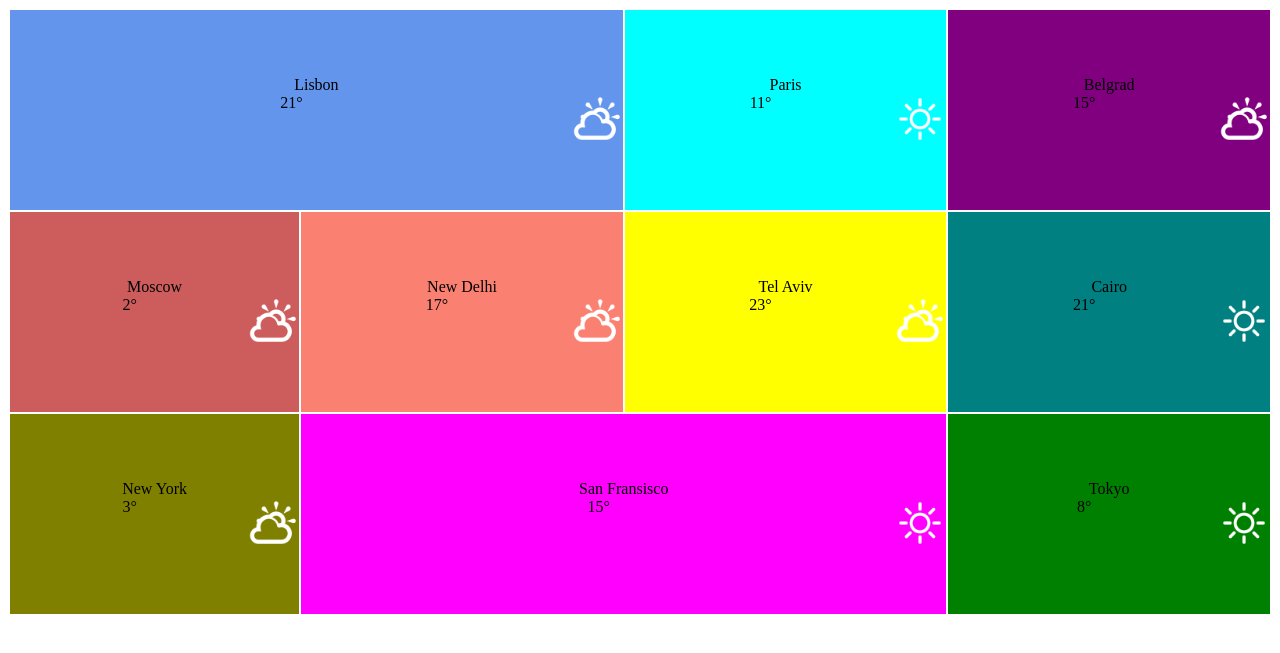
Repository: aysedo/html
Page: Week_2/index.html
These files come from the project's save history. The page is drawn as it stood at one moment and after the next save; the edit follows.
The browser window is 1280 px wide. The pictures show the whole page.

Above is the page before, as saved 2021-08-24 16:31:40.

### Week_2/index.html
<!DOCTYPE html>
<html lang="en">
  <head>
    <meta charset="UTF-8" />
    <meta http-equiv="X-UA-Compatible" content="IE=edge" />
    <meta name="viewport" content="width=device-width, initial-scale=1.0" />
    <title>Document</title>
  </head>
  <body>
    <table width="100%">
      <tr height="200">
        <td colspan="2" bgcolor="cornflowerblue" align="center">
          Lisbon
          <br />
          21°
          <img src="img.png" width="50" align="right" />
        </td>
        <td bgcolor="Aqua" align="center">
          Paris
          <br />
          11°
          <img src="sun.png" width="50" align="right" />
        </td>
        <td bgcolor="Purple" align="center">
          Belgrad
          <br />
          15°
          <img src="img.png" width="50" align="right" />
        </td>
      </tr>
      <tr height="200">
        <td bgcolor="Indianred" align="center">
          Moscow
          <br />
          2°
          <img src="img.png" width="50" align="right" />
        </td>
        <td bgcolor="Salmon" align="center">
          New Delhi
          <br />
          17°
          <img src="img.png" width="50" align="right" />
        </td>
        <td bgcolor="Yellow" align="center">
          Tel Aviv
          <br />
          23°
          <img src="img.png" width="50" align="right" />
        </td>
        <td bgcolor="Teal" align="center">
          Cairo
          <br />
          21°
          <img src="sun.png" width="50" align="right" />
        </td>
      </tr>
      <tr height="200">
        <td bgcolor="Olive" align="center">
          New York<br />
          3°
          <img src="img.png" width="50" align="right" />
        </td>
        <td colspan="2" bgcolor="Fuchsia" align="center">
          San Fransisco
          <br />
          15°
          <img src="sun.png" width="50" align="right" />
        </td>
        <td bgcolor="Green" align="center">
          Tokyo
          <br />
          8°
          <img src="sun.png" width="50" align="right" />
        </td>
      </tr>
    </table>
  </body>
</html>

After the next save:
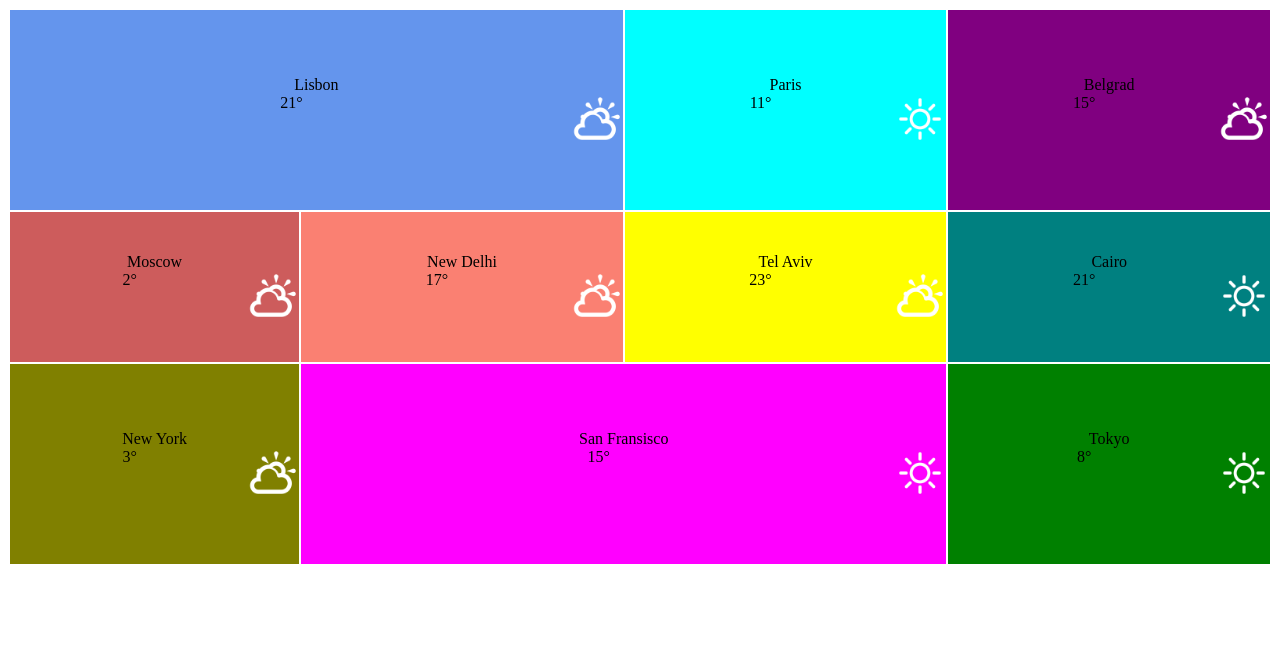
Saved 48 s later.
--- a/Week_2/index.html
+++ b/Week_2/index.html
@@ -28,7 +28,7 @@
           <img src="img.png" width="50" align="right" />
         </td>
       </tr>
-      <tr height="200">
+      <tr height="150">
         <td bgcolor="Indianred" align="center">
           Moscow
           <br />
